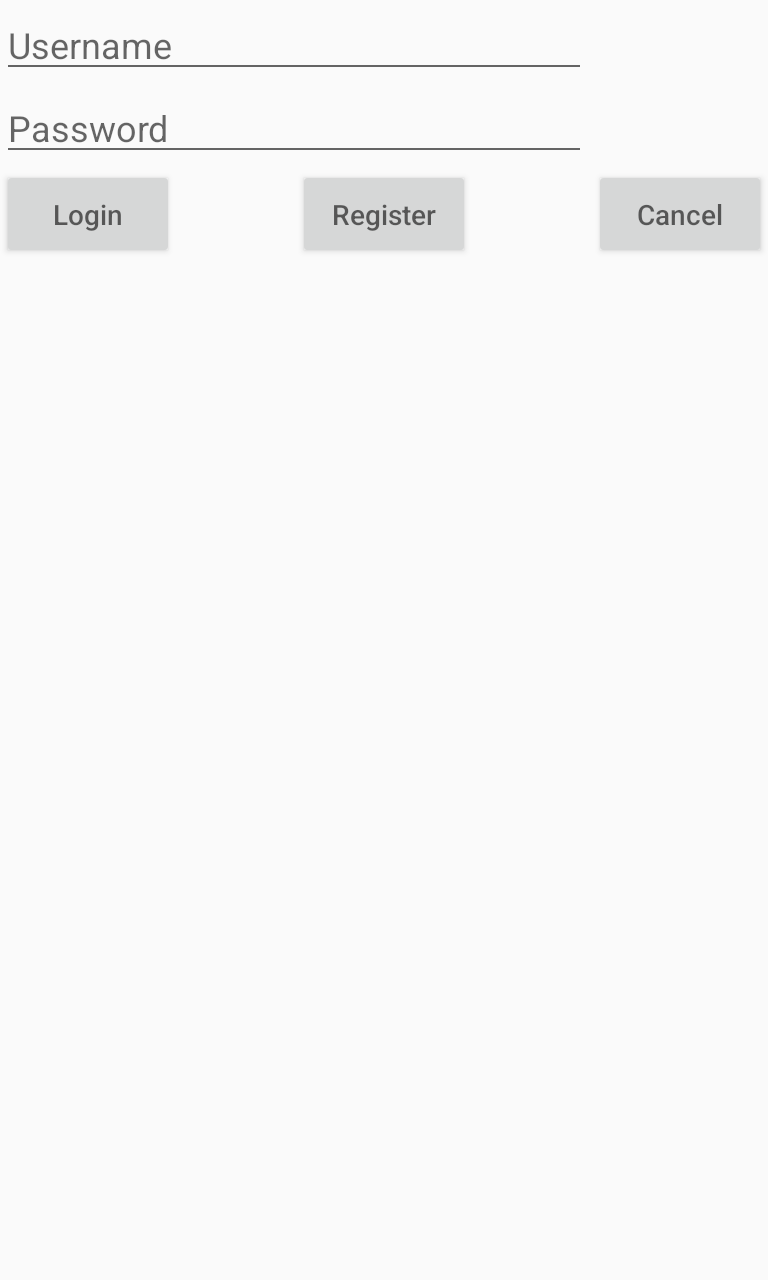
Repository: ostolz/androidteamworker
Layout: Android/TeamPlanBuch/res/layout/activity_login_screen.xml
These files come from the project's save history. The layout is drawn as it stood at one moment and after the next save; the edit follows.
It is drawn on a 768 x 1280 px phone screen (xhdpi) without system bars, with theme AppTheme; the app's code is not run.

Above is the layout before, as saved 2014-05-08 10:40:50.

### Android/TeamPlanBuch/res/layout/activity_login_screen.xml
<GridLayout xmlns:android="http://schemas.android.com/apk/res/android"
    xmlns:tools="http://schemas.android.com/tools"
    android:id="@+id/container"
    android:layout_width="match_parent"
    android:layout_height="match_parent"
    android:columnCount="1"
    android:orientation="vertical"
    tools:context="de.iconiaone.teamplanbuch.LoginScreen"
    tools:ignore="MergeRootFrame" >

    <EditText
        android:id="@+id/username"
        android:layout_width="294dp"
        android:layout_height="wrap_content"
        android:ems="10"
        android:hint="@string/username" />

    <EditText
        android:id="@+id/password"
        android:layout_width="294dp"
        android:layout_height="wrap_content"
        android:ems="10"
        android:hint="@string/password"
        android:inputType="textPassword" />

    <Button
        android:id="@+id/login"
        android:layout_width="wrap_content"
        android:layout_height="wrap_content"
        android:hint="@string/login" />

    <Button
        android:id="@+id/register"
        android:layout_width="wrap_content"
        android:layout_height="wrap_content"
        android:layout_column="0"
        android:layout_gravity="center_horizontal|top"
        android:layout_row="2"
        android:hint="@string/register" />

    <Button
        android:id="@+id/cancel"
        android:layout_width="wrap_content"
        android:layout_height="wrap_content"
        android:layout_column="0"
        android:layout_gravity="right|top"
        android:layout_row="2"
        android:hint="@string/cancel" />

</GridLayout>

### Android/TeamPlanBuch/res/values/strings.xml
<?xml version="1.0" encoding="utf-8"?>
<resources>

    <string name="app_name">TeamPlanBuch</string>
    <string name="hello_world">Hello world!</string>
    <string name="action_settings">Settings</string>
    <string name="login">Login</string>
    <string name="username">Username</string>
    <string name="register">Register</string>
    <string name="cancel">Cancel</string>
    <string name="password">Password</string>

</resources>

Loaded but not shown: Android/TeamPlanBuch/res/values/styles.xml (common file); Android/TeamPlanBuch/res/values-v11/styles.xml (common file); Android/TeamPlanBuch/res/values-v14/styles.xml (common file)

After the next save:
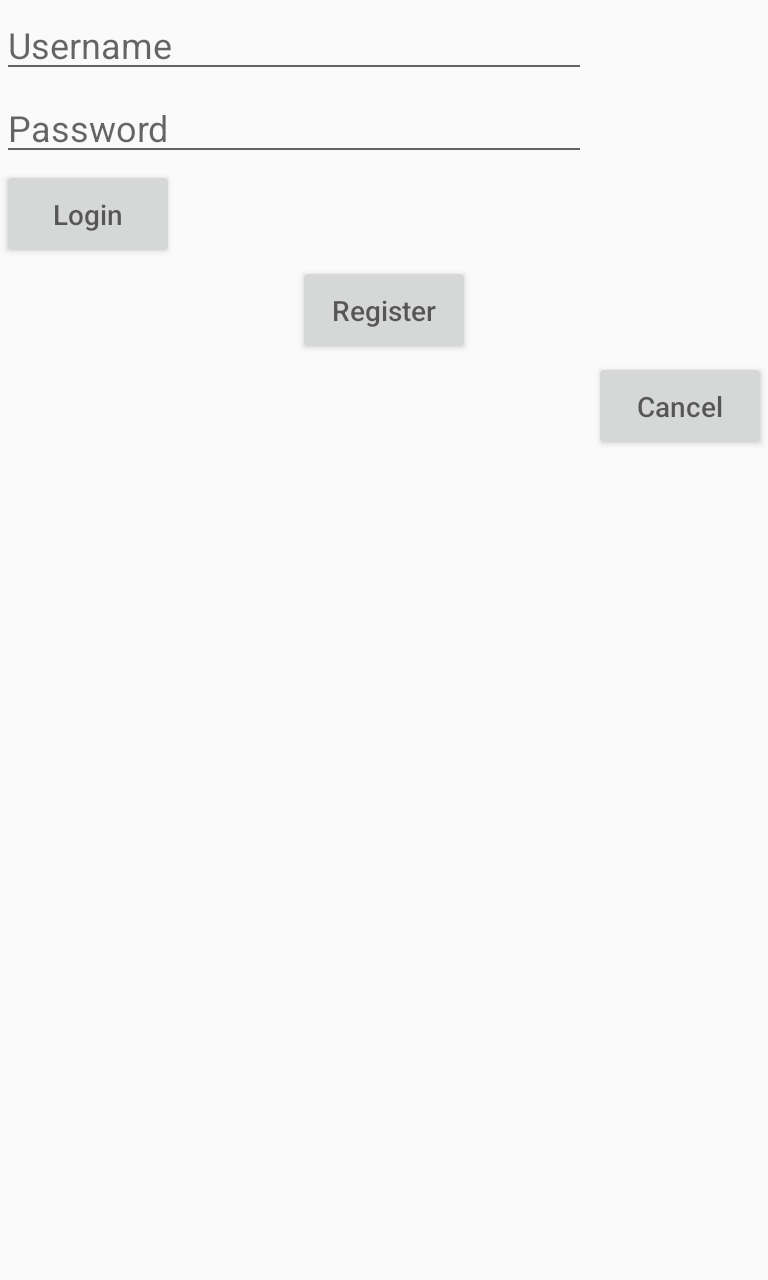
Saved 3 min 14 s later.
--- a/Android/TeamPlanBuch/res/layout/activity_login_screen.xml
+++ b/Android/TeamPlanBuch/res/layout/activity_login_screen.xml
@@ -1,4 +1,4 @@
-<GridLayout xmlns:android="http://schemas.android.com/apk/res/android"
+<LinearLayout xmlns:android="http://schemas.android.com/apk/res/android"
     xmlns:tools="http://schemas.android.com/tools"
     android:id="@+id/container"
     android:layout_width="match_parent"
@@ -47,4 +47,4 @@
         android:layout_row="2"
         android:hint="@string/cancel" />
 
-</GridLayout>
+</LinearLayout>

After the save that followed:
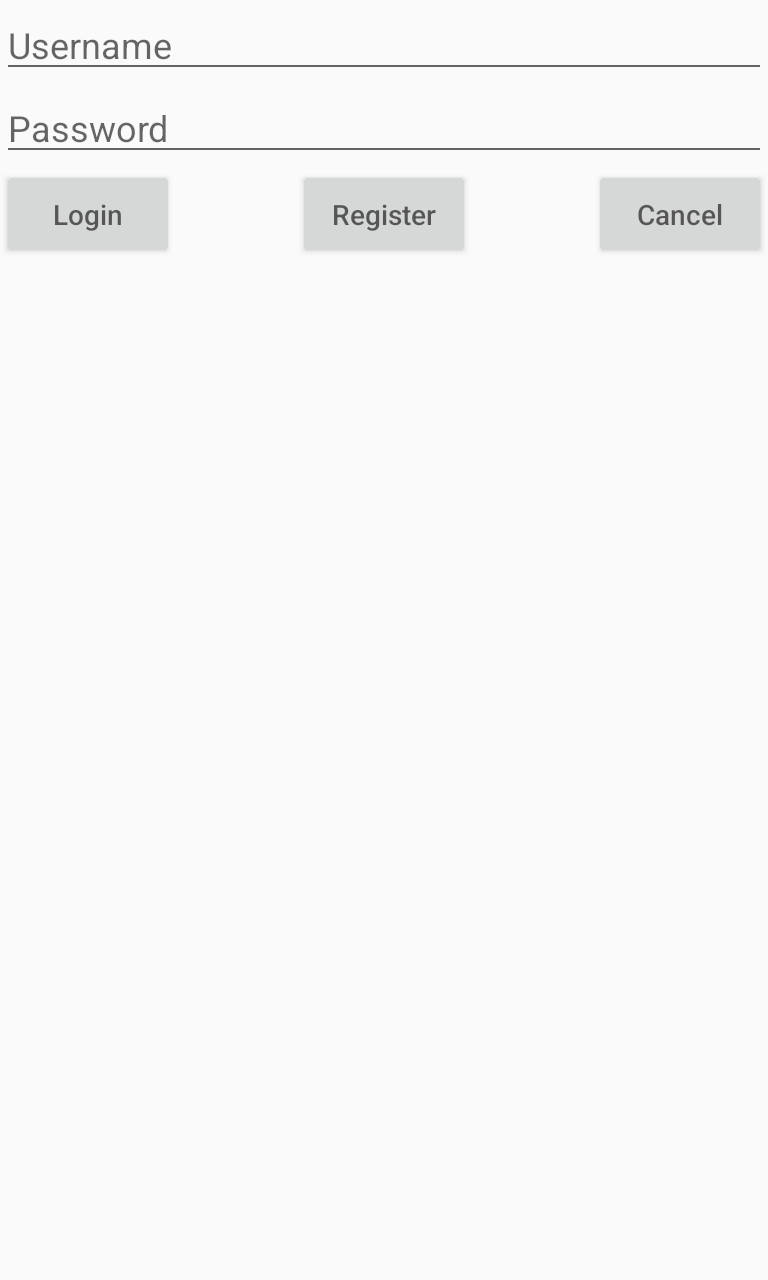
Saved 34 s later.
--- a/Android/TeamPlanBuch/res/layout/activity_login_screen.xml
+++ b/Android/TeamPlanBuch/res/layout/activity_login_screen.xml
@@ -1,24 +1,28 @@
-<LinearLayout xmlns:android="http://schemas.android.com/apk/res/android"
+<RelativeLayout xmlns:android="http://schemas.android.com/apk/res/android"
     xmlns:tools="http://schemas.android.com/tools"
     android:id="@+id/container"
     android:layout_width="match_parent"
     android:layout_height="match_parent"
     android:columnCount="1"
+    android:gravity="top"
+    android:minWidth="80dip"
     android:orientation="vertical"
     tools:context="de.iconiaone.teamplanbuch.LoginScreen"
     tools:ignore="MergeRootFrame" >
 
     <EditText
         android:id="@+id/username"
-        android:layout_width="294dp"
+        android:layout_width="match_parent"
         android:layout_height="wrap_content"
         android:ems="10"
         android:hint="@string/username" />
 
     <EditText
         android:id="@+id/password"
-        android:layout_width="294dp"
+        android:layout_width="match_parent"
         android:layout_height="wrap_content"
+        android:layout_alignParentLeft="true"
+        android:layout_below="@+id/username"
         android:ems="10"
         android:hint="@string/password"
         android:inputType="textPassword" />
@@ -27,24 +31,26 @@
         android:id="@+id/login"
         android:layout_width="wrap_content"
         android:layout_height="wrap_content"
+        android:layout_alignParentLeft="true"
+        android:layout_below="@+id/password"
         android:hint="@string/login" />
+
+    <Button
+        android:id="@+id/cancel"
+        android:layout_width="wrap_content"
+        android:layout_height="wrap_content"
+        android:layout_alignBaseline="@+id/register"
+        android:layout_alignBottom="@+id/register"
+        android:layout_alignParentRight="true"
+        android:hint="@string/cancel" />
 
     <Button
         android:id="@+id/register"
         android:layout_width="wrap_content"
         android:layout_height="wrap_content"
-        android:layout_column="0"
-        android:layout_gravity="center_horizontal|top"
-        android:layout_row="2"
+        android:layout_alignBaseline="@+id/login"
+        android:layout_alignBottom="@+id/login"
+        android:layout_centerHorizontal="true"
         android:hint="@string/register" />
 
-    <Button
-        android:id="@+id/cancel"
-        android:layout_width="wrap_content"
-        android:layout_height="wrap_content"
-        android:layout_column="0"
-        android:layout_gravity="right|top"
-        android:layout_row="2"
-        android:hint="@string/cancel" />
-
-</LinearLayout>
+</RelativeLayout>
